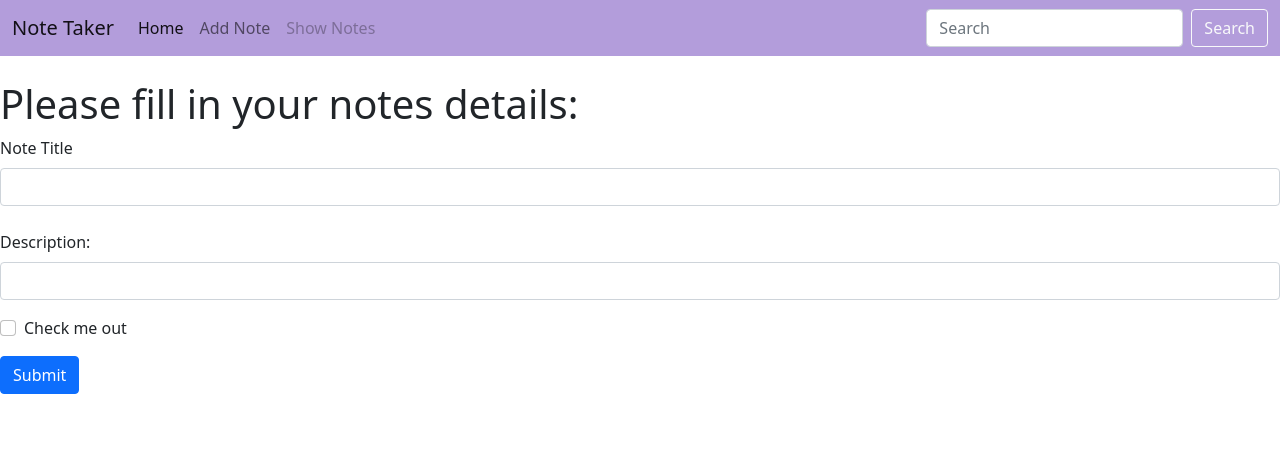
Repository: Tanmoy4672/Hibernate
Page: http://localhost/NoteTaker/add_notes.jsp
These files come from the project's save history. The page is drawn as it stood at one moment and after the next save; the edit follows.
The browser window is 1280 px wide. The pictures show the whole page.
The page is served by Tomcat 9.

Above is the page before, as saved 2021-12-16 06:13:51.

After the next save:
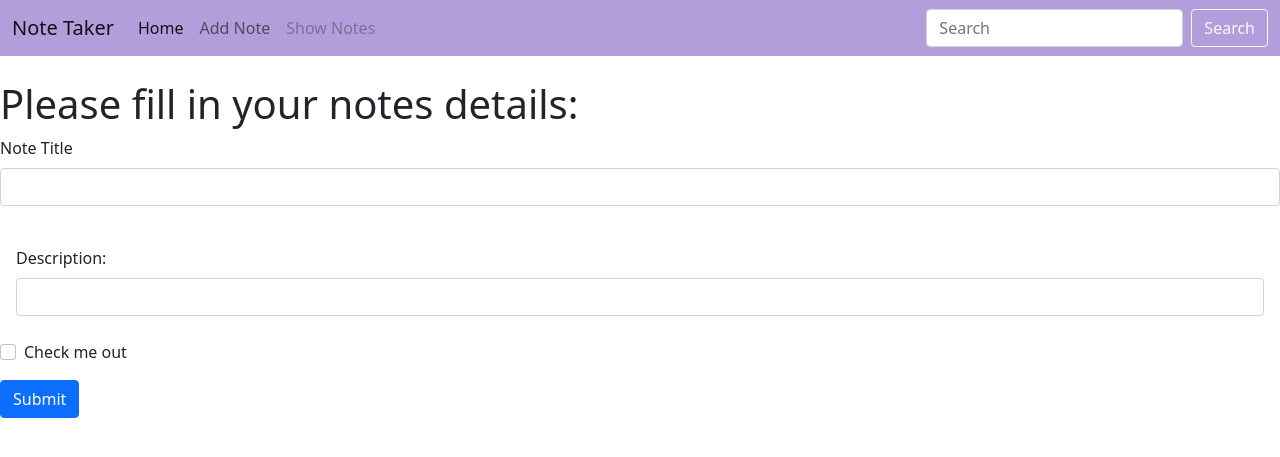
Saved 28 s later.
--- a/NoteTaker/src/main/webapp/add_notes.jsp
+++ b/NoteTaker/src/main/webapp/add_notes.jsp
@@ -23,7 +23,7 @@
 				id="exampleInputEmail1" aria-describedby="emailHelp">
 			<br>
 		</div>
-		<div class="mb-3">
+		<div class="mb-3 p-2 m-2">
 			<label for="exampleInputPassword1" class="form-label">Description:</label>
 			<input type="text" class="form-control"
 				id="exampleInputPassword1">
